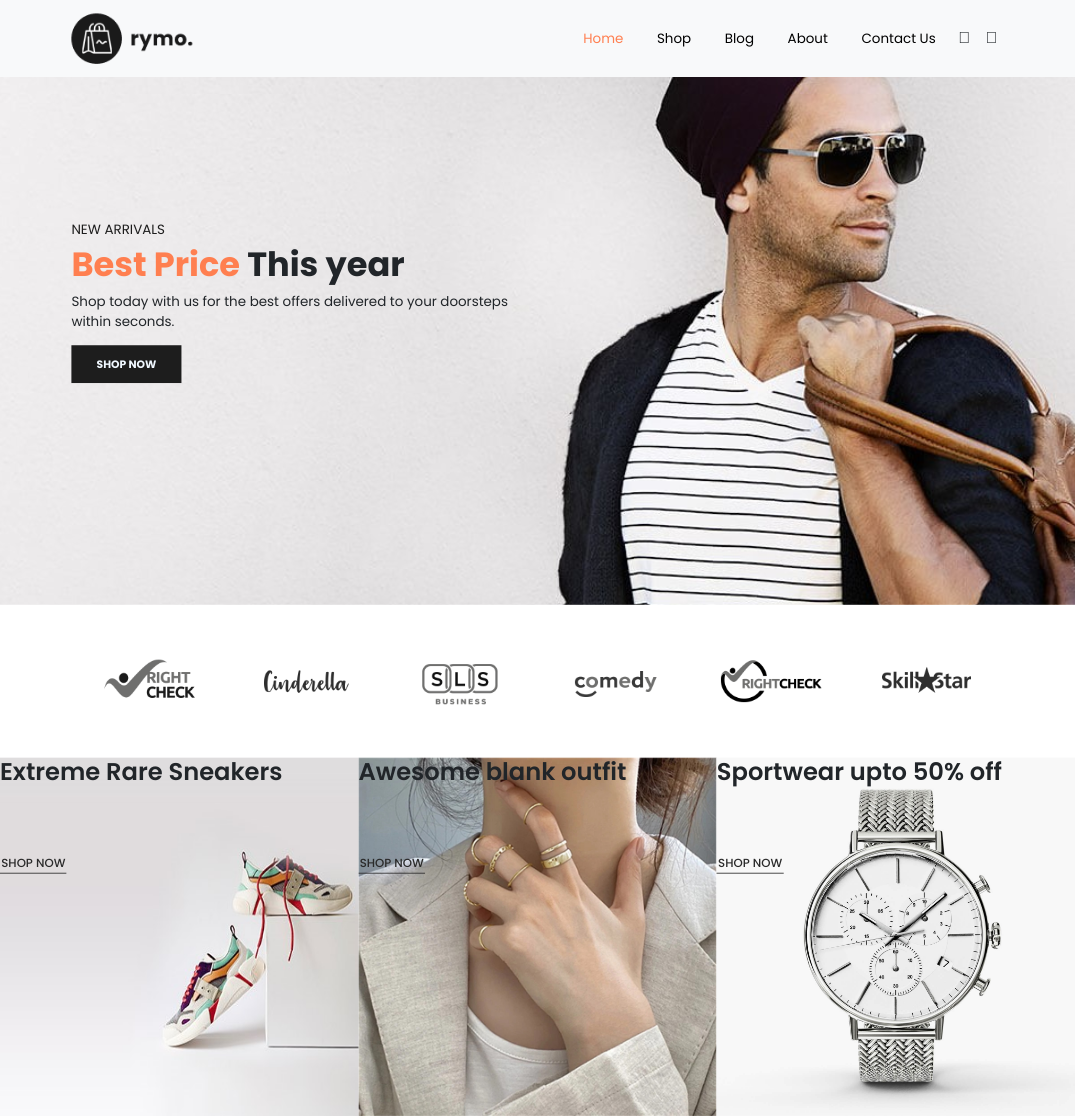
Repository: peter417waweru/e-commerce-UI
Page: index.html
These files come from the project's save history. The page is drawn as it stood at one moment and after the next save; the edit follows.
The browser window is 1280 px wide. The pictures show the whole page, at 84% of full size.
Some web libraries are served in a nearby version.

Above is the page before, as saved 2025-02-07 21:09:50.

### index.html
<!DOCTYPE html>
<html lang="en">

    <head>
        <meta charset="UTF-8">
        <meta http-equiv="X-UA-Compatible" content="IE=edge">
        <meta name="viewport" content="width=device-width, initial-scale=1.0">
        <title>Ecommerce Website1</title>

        <link rel="stylesheet" href="https://cdn.jsdelivr.net/npm/bootstrap@4.1.3/dist/css/bootstrap.min.css"
         integrity="sha384-MCw98/SFnGE8fJT3GXwEOngsV7Zt27NXFoaoApmYm81iuXoPkFOJwJ8ERdknLPMO" crossorigin="anonymous">

        <link rel="stylesheet" href="https://pro.fontawesome.com/releases/v5.10.0/css/all.css" />

        <link rel="stylesheet" href="./style.css">
    </head>

    <body>

        <nav class="navbar navbar-expand-lg navbar-light bg-light py-3 fixed-top">
            <div class="container">
              <img src="img/logo1.png" alt="">
              <button class="navbar-toggler" type="button" data-bs-toggle="collapse" data-bs-target="#navbarSupportedContent" aria-controls="navbarSupportedContent" aria-expanded="false" aria-label="Toggle navigation">
                <span><i id="bar" class="fas fa-bars"></i></span>
              </button>
              <div class="collapse navbar-collapse" id="navbarSupportedContent">
                <ul class="navbar-nav ml-auto">
                  <li class="nav-item">
                    <a class="nav-link active" aria-current="page" href="#">Home</a>
                  </li>
                  <li class="nav-item">
                    <a class="nav-link" aria-current="page" href="#">Shop</a>
                  </li>
                  <li class="nav-item">
                    <a class="nav-link" aria-current="page" href="#">Blog</a>
                  </li>
                  <li class="nav-item">
                    <a class="nav-link" aria-current="page" href="#">About</a>
                  </li>
                  <li class="nav-item">
                    <a class="nav-link" aria-current="page" href="#">Contact Us</a>
                  </li>
                  <li class="nav-item">
                    <i class="fal fa-search"></i>
                    <i class="fal fa-shopping-bag"></i>
                  </li>


                </ul>

              </div>
            </div>
        </nav>


        <section id="home">
          <div class="container">
            <h5>NEW ARRIVALS</h5>
            <h1><span>Best Price</span> This year</h1>
            <p>Shop today with us for the best offers delivered to your doorsteps <br>
               within seconds.
            </p>
            <button>Shop Now</button>
          </div>
        </section>

        <section id="brand" class="container">
          <div class="row m-0 py-5">
            <img class="img-fluid col-lg-2 col-md-4 col-sm-6" src="img/brand/1.png" alt="">
            <img class="img-fluid col-lg-2 col-md-4 col-sm-6" src="img/brand/2.png" alt="">
            <img class="img-fluid col-lg-2 col-md-4 col-sm-6" src="img/brand/3.png" alt="">
            <img class="img-fluid col-lg-2 col-md-4 col-sm-6" src="img/brand/4.png" alt="">
            <img class="img-fluid col-lg-2 col-md-4 col-sm-6" src="img/brand/5.png" alt="">
            <img class="img-fluid col-lg-2 col-md-4 col-sm-6" src="img/brand/6.png" alt="">
          </div>
        </section>

        <section id="new" class="w-100">
          <div class="row p-0 m-0">
            <div class="one col-lg-4 col-md-12 col-sm-12 p-0">
              <img class="img-fluid" src="img/new/1.jpg" alt="">
              <div class="details">
                <h2>Extreme Rare Sneakers</h2>
                <button class="text-uppercase">shop now</button>
              </div>
            </div>
            <div class="one col-lg-4 col-md-12 col-sm-12 p-0">
              <img class="img-fluid" src="img/new/5.jpg" alt="">
              <div class="details">
                <h2>Awesome blank outfit</h2>
                <button class="text-uppercase">shop now</button>
              </div>
            </div>
            <div class="one col-lg-4 col-md-12 col-sm-12 p-0">
              <img class="img-fluid" src="img/new/3.jpg" alt="">
              <div class="details">
                <h2>Sportwear upto 50% off</h2>
                <button class="text-uppercase">shop now</button>
              </div>
            </div>
          </div>

        </section>
        <script src="https://cdn.jsdelivr.net/npm/@popperjs/core@2.9.1/dist/umd/popper.min.js"
            integrity="sha384-SR1sx49pcuLnqZUnnPwx6FCym0wLsk5JZuNx2bPPENzswTNFaQU1RDvt3wT4gWFG"
            crossorigin="anonymous"></script>
        <script src="https://cdn.jsdelivr.net/npm/bootstrap@5.0.0-beta3/dist/js/bootstrap.min.js"
            integrity="sha384-j0CNLUeiqtyaRmlzUHCPZ+Gy5fQu0dQ6eZ/xAww941Ai1SxSY+0EQqNXNE6DZiVc"
            crossorigin="anonymous"></script>
    </body>

</html>

### style.css
@import url("https://fonts.googleapis.com/css2?family=Poppins:wght@100;200;300;400;500;600;700;800;900&display=swap");
* {
  margin: 0;
  padding: 0;
  box-sizing: border-box;
}

body {
  font-family: "Poppins", sans-serif;
}

h1 {
  font-size: 2.5rem;
  font-weight: 700;
}

h2 {
  font-size: 1.8rem;
  font-weight: 600;
}

h3 {
  font-size: 1.4rem;
  font-weight: 800;
}

h4 {
  font-size: 1.1rem;
  font-weight: 600;
}

h5 {
  font-size: 1rem;
  font-weight: 400;
  color: #1d1d1d;
}

h6 {
  color: #d8d8d8;
}

button {
  font-size: 0.8rem;
  font-weight: 700;
  outline: none;
  border: none;
  background-color: #1d1d1d;
  color: aliceblue;
  padding: 13px 30px;
  cursor: pointer;
  text-transform: uppercase;
  transition: 0.3s ease;
}

button:hover {
  background-color: #3a3833;
}

hr {
  width: 30px;
  height: 2px;

}

.navbar {
  font-size: 16px;
  background-color: #d8d8d8;
  top: 0;
  left: 0;
}

.navbar-light .navbar-nav .nav-link{
  padding: 0 20px;
  color: black;
  transition: 0.3s ease;
}

.navbar-light .navbar-nav .nav-link:hover,
.navbar i:hover,
.navbar-light .navbar-nav .nav-link.active,
.navbar i.active
{
  color: coral;
}



.navbar i{
  font-size: 1.2rem;
  padding: 0 7px;
  cursor: pointer;
  transition: 0.3s ease;
}

/* Mobile Nav*/


.navbar-light .navbar-toggler{
  border: none;
  outline: none;
}

#bar {
  font-size: 1.5rem;
  padding: 7px;
  cursor: pointer;
  font-weight: 500;
  color: black;
  transition: 0.3s ease;
}

#bar:hover,
#bar.active{
  color: #fff;
}

@media only screen and (max-width: 990px) {

  body > nav > div > button:hover ,
  body > nav > div > button:focus {
    background-color: #fb774b;
  }

  body > nav > div > button:hover #bar,
  body > nav > div > button:focus #bar {
    background-color: #fb774b;
  }

  #navbarSupportedContent > ul {
    margin: 1rem;
    justify-content: flex-end;
    align-items: flex-end;
    text-align: right;
  }

  #navbarSupportedContent > ul > li:nth-child(n) > a {
    padding: 10px 0;
  }
}


#home {
  background-image: url("img/back.jpg");
  width: 100%;
  height: 100vh;
  background-size: cover;
  background-position: top 70px center;
  display: flex;
  flex-direction: column;
  align-items: flex-start;
  justify-content: center;

}

#home span{
  color: coral;
}

#new .one img{
  width: 100%;
  height: 100%;
  background-position: center center;
  background-repeat: no-repeat;
  background-size: cover;
  position: relative;
}


#new .one .details{
  position: absolute;
  width: 100%;
  height: 10%;
  top: 0;
  left: 0;
  transition: 0.3s ease;
}

#new .one:hover .details{
  cursor: pointer;
  background-color: rgba(255, 178, 178, 0.8);
}

#new .one .details button{
 display: inline-block;
 font-size: 14px;
 font-weight: 500;
 color: #2a2a2a;
 background: none;
 text-transform: uppercase;
 border-bottom: 1px solid #2a2a2a;
 padding: 1.5px;
 transform: translateY(70px);
 transition: 0.3s ease;
}

#new .one .details button:hover{
  cursor: pointer;
  color: #fff;
  border-bottom: 1px solid #fff;
}

After the next save:
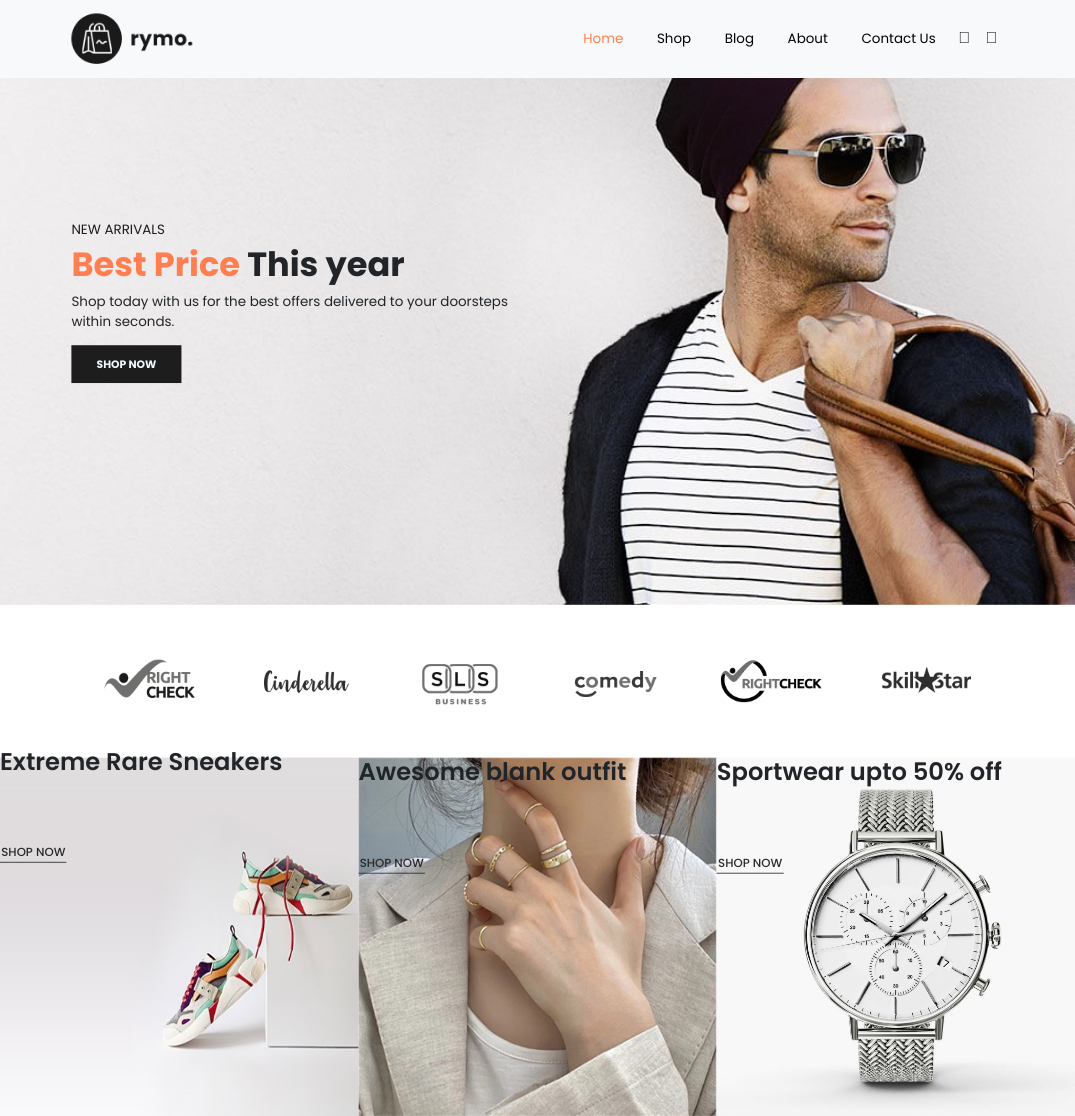
Saved 2 min 53 s later.
--- a/style.css
+++ b/style.css
@@ -198,3 +198,12 @@ hr {
   color: #fff;
   border-bottom: 1px solid #fff;
 }
+
+#new .one:nth-child(1) .details{
+  display: flex;
+  justify-content: center;
+  flex-direction: column;
+  align-items: flex-start;
+  text-align: start;
+
+}
